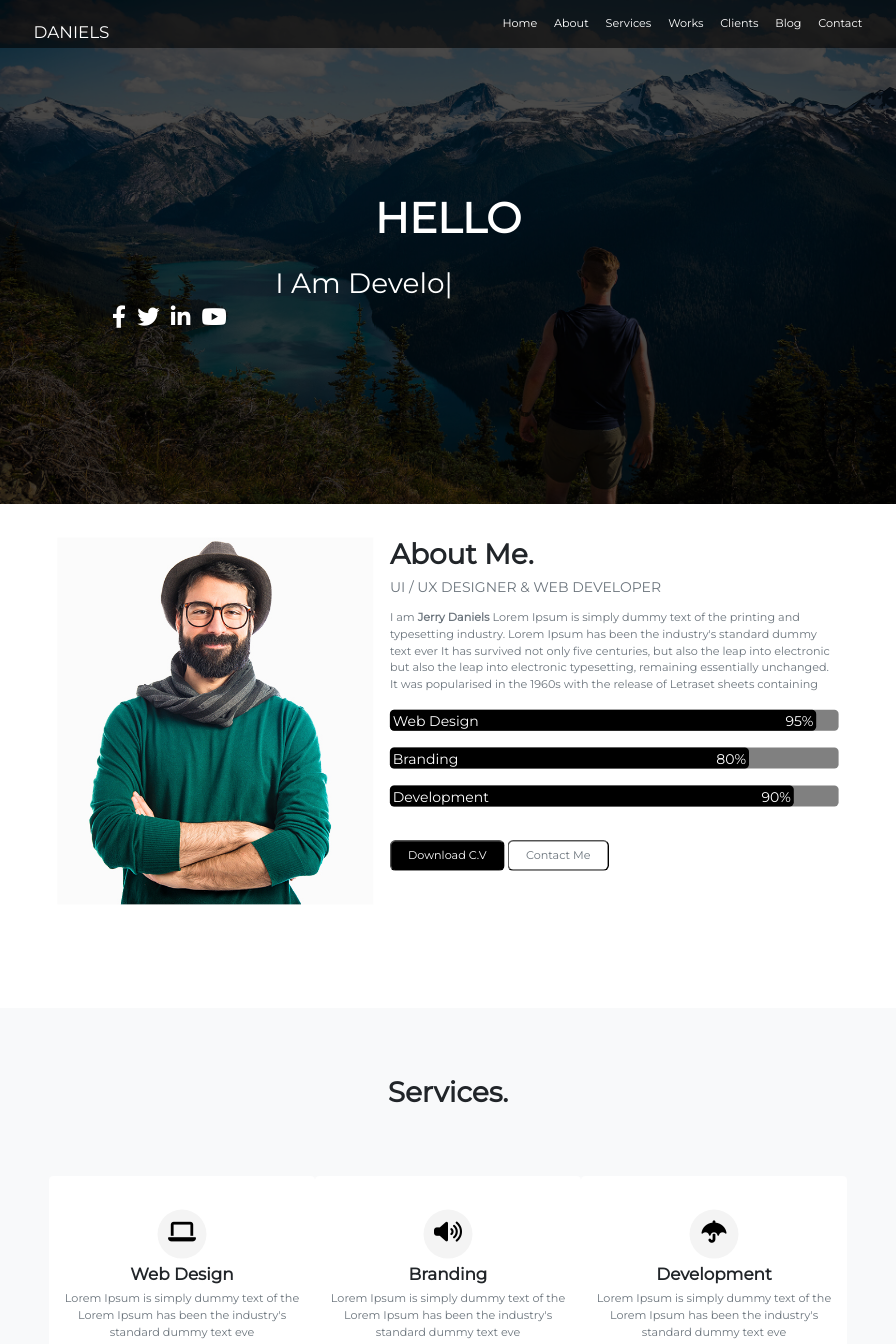
Repository: Souldeer0020/daniels-portofolio
Page: index.html
The author's editor kept a copy of each file at every save. The page is drawn from the files as they stood at one save, then again after the next save.
The browser window is 1280 px wide. The pictures show the part of the page from y = 0 to 1920 px (the page is 5468 px tall), at 70% of full size.

Above is the page before, as saved 2024-07-14 00:03:19.

After the next save:
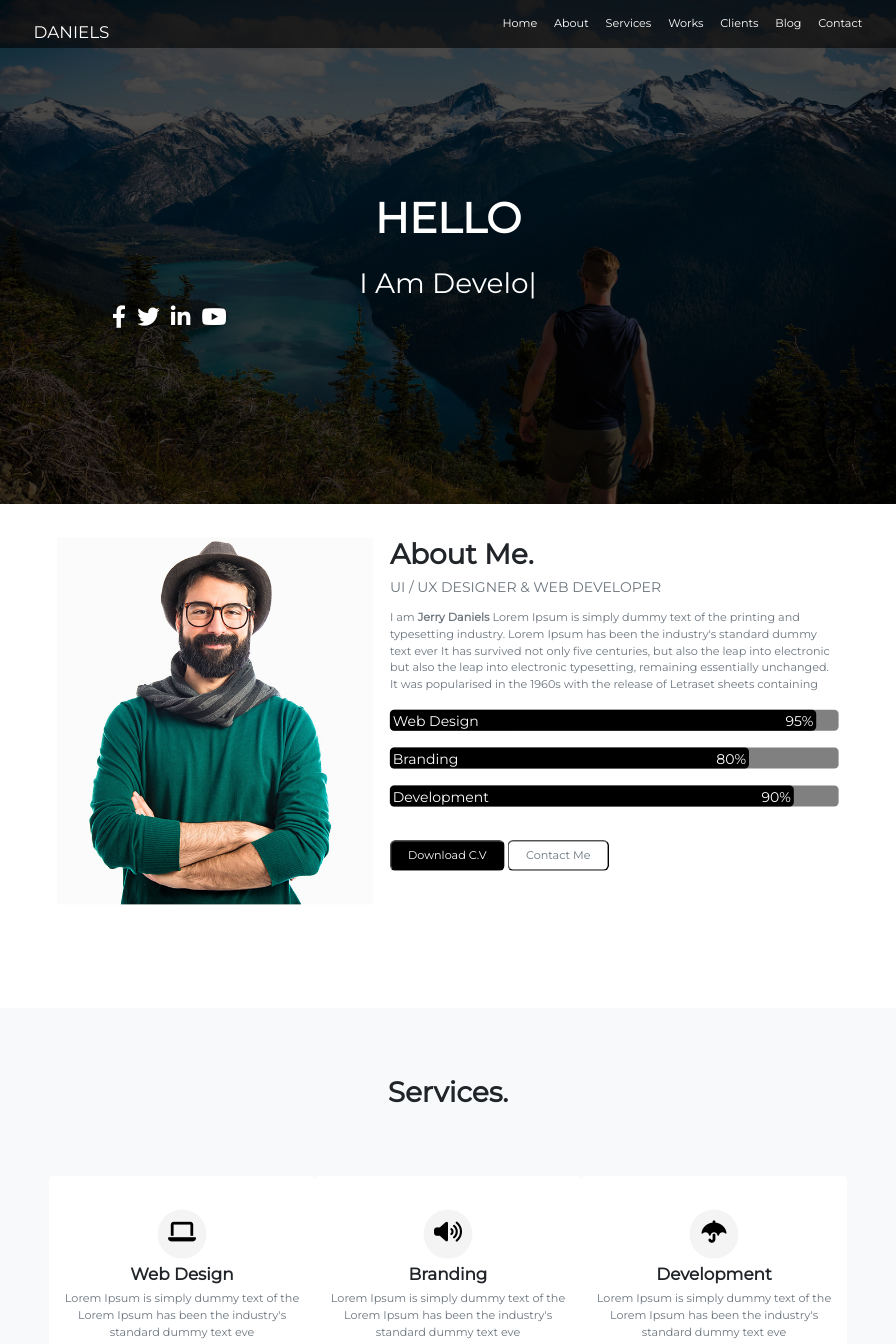
Saved 4 s later.
--- a/index.html
+++ b/index.html
@@ -23,7 +23,7 @@
             </nav>
             <div class="content w-75 text-center d-flex flex-column">
                 <h1 class="py-md-4">HELLO</h1>
-                <h2 class="w-75">I Am</h2>
+                <h2 class="w-100">I Am</h2>
                 <div class="icons d-flex">
                     <a class="me-3" href=""><i class=" fa-brands fa-facebook-f icon text-center d-flex justify-content-center align-items-center fs-2"></i></a>
                     <a class="me-3" href=""><i class=" fa-brands fa-twitter icon text-center d-flex justify-content-center align-items-center fs-2"></i></a>
